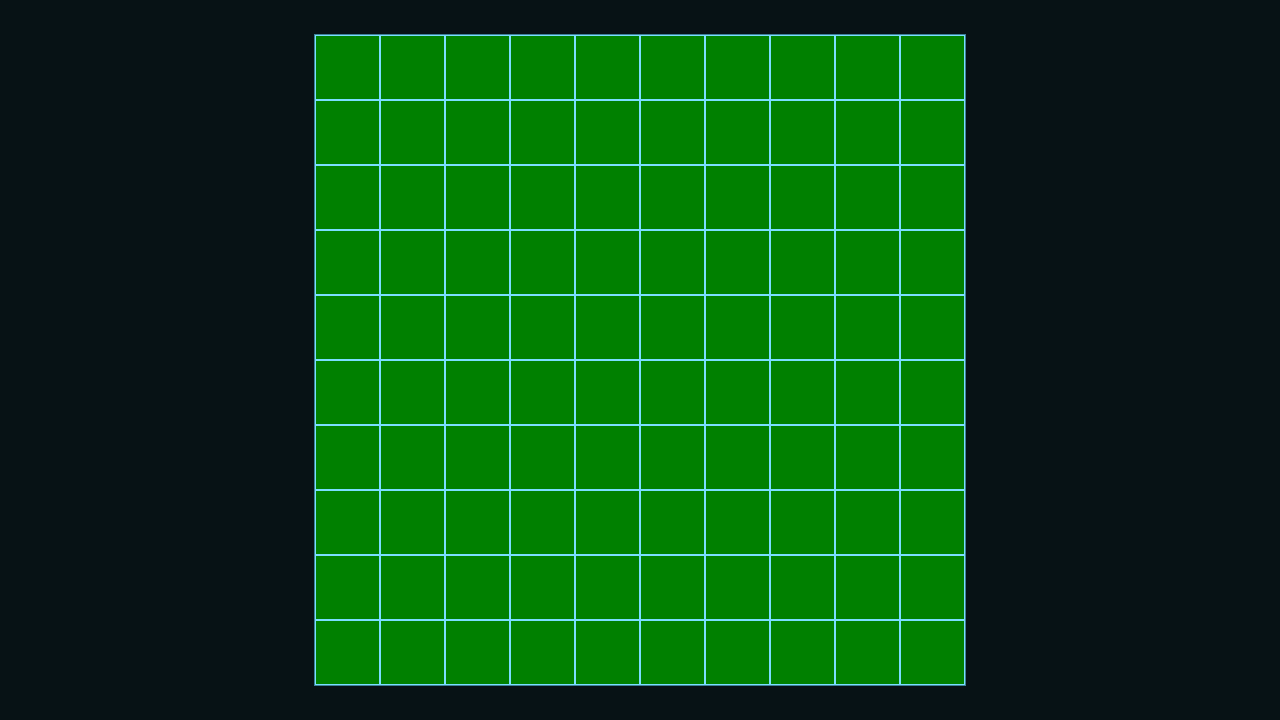
Repository: rehans-Life/linkedlist-snake-game
Page: /
The author's editor kept a copy of each file at every save. The page is drawn from the files as they stood at one save, then again after the next save.
The browser window is 1280 px wide. The pictures show the whole page.
The project was rebuilt for these pictures with package versions that can differ from the ones it lists, and the page was loaded fresh each time. The framework's server and built-in components were replaced by stand-ins that run in the browser. Also part of the build but not shown: next.config.js.

Above is the page before, as saved 2023-04-15 11:38:11.

After the next save:
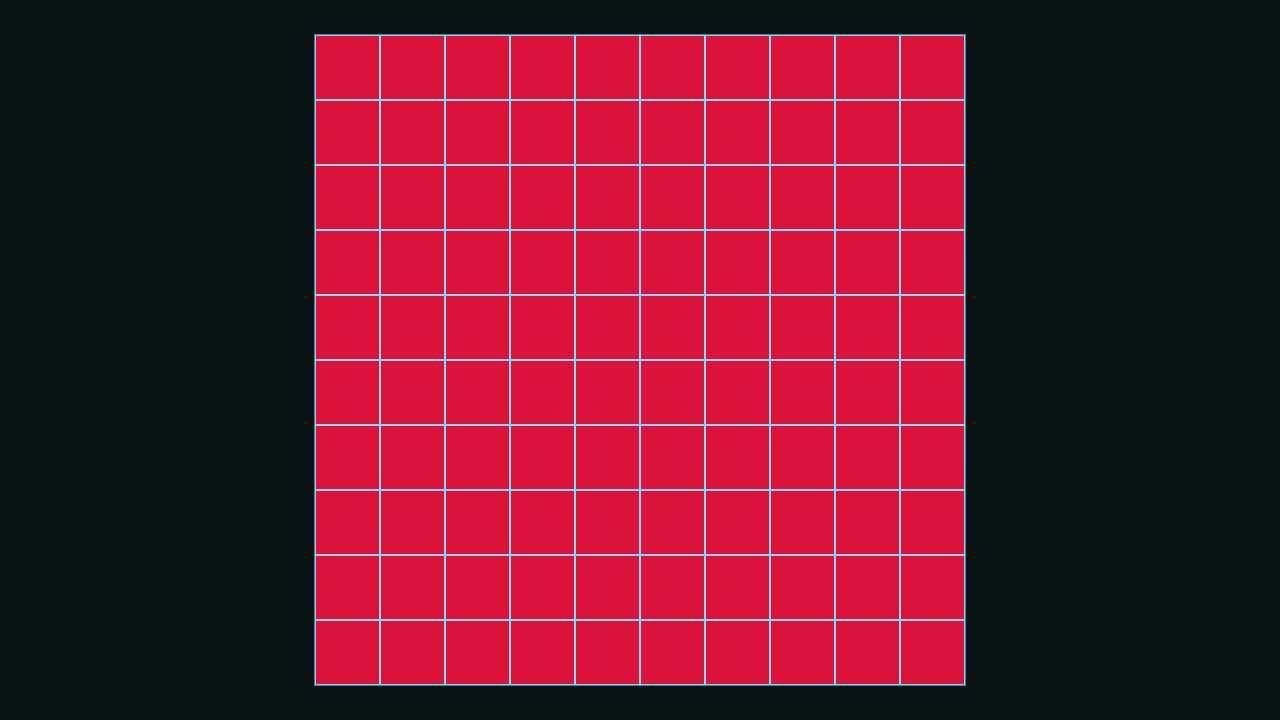
Saved 9 s later.
--- a/components/Board.jsx
+++ b/components/Board.jsx
@@ -15,7 +15,7 @@ export default function Board() {
             <div
               key={index}
               className={`${styles.cell} ${
-                true ? styles.snake_cell : styles.food_cell
+                false ? styles.snake_cell : styles.food_cell
               }`}
             ></div>
           ))}
